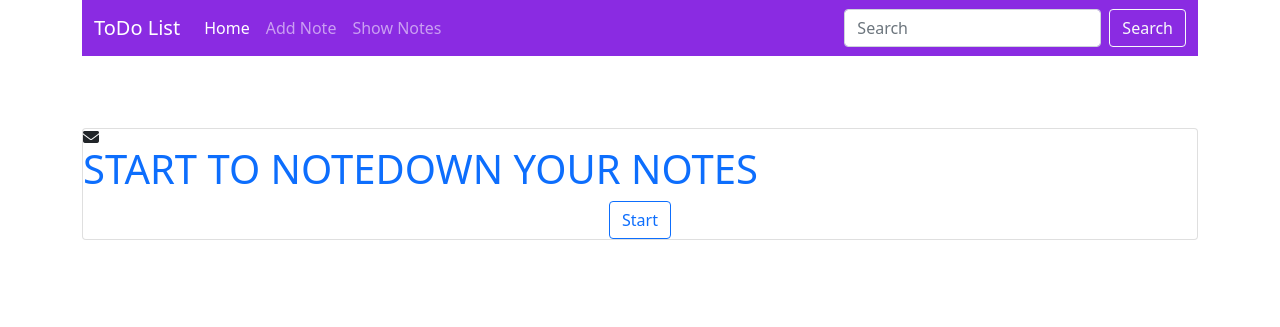
Repository: VishalSalvi17/Hibernate
Page: http://localhost/ToDoList/
An editor plug-in stored every save of this project. The page is shown before and after the next save, followed by the edit.
The browser window is 1280 px wide. The pictures show the whole page.
Some web libraries are served in a nearby version. The page is served by Tomcat 9.

Above is the page before, as saved 2023-03-17 06:51:08.

After the next save:
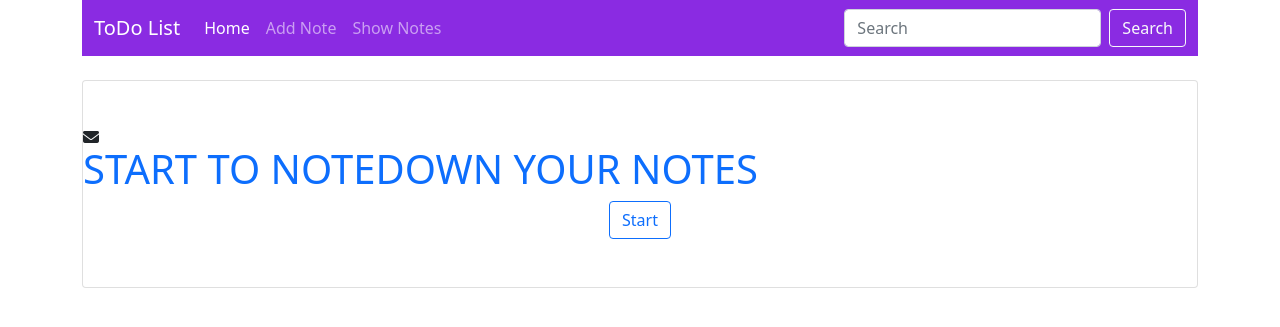
Saved 30 s later.
--- a/ToDoList/src/main/webapp/index.jsp
+++ b/ToDoList/src/main/webapp/index.jsp
@@ -16,7 +16,7 @@
 	<div class="container">
 		<%@include file="navbar.jsp"%>
 		<br>
-		<div class="card my-5">
+		<div class="card py-5">
 		<!-- <img alt="" src="">-->
 		<i class="fa-solid fa-envelope"></i>
 		<h1 class = "text-primary text-uppercase">Start to notedown your notes</h1>
